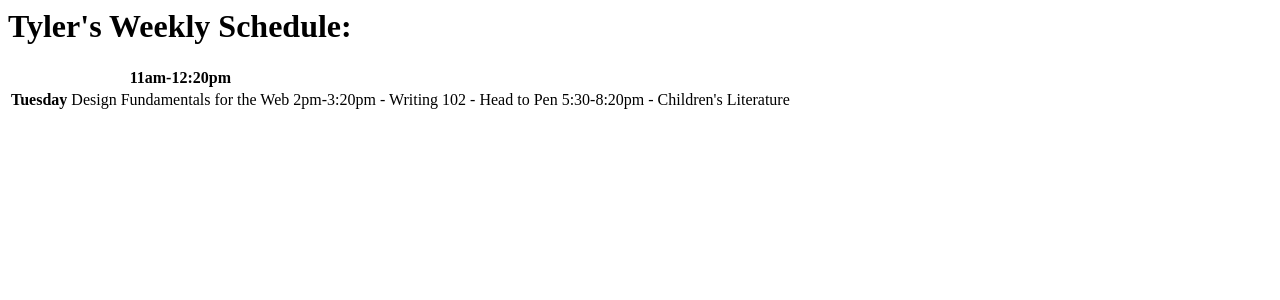
Repository: getzt1/web-design-class
Page: web pages/personal-site/index.html
The author's editor kept a record of every edit. The page is drawn from the files as they stood at one moment, then again after the next edit.
The browser window is 1280 px wide. The pictures show the whole page.

Above is the page before.

After the next edit:
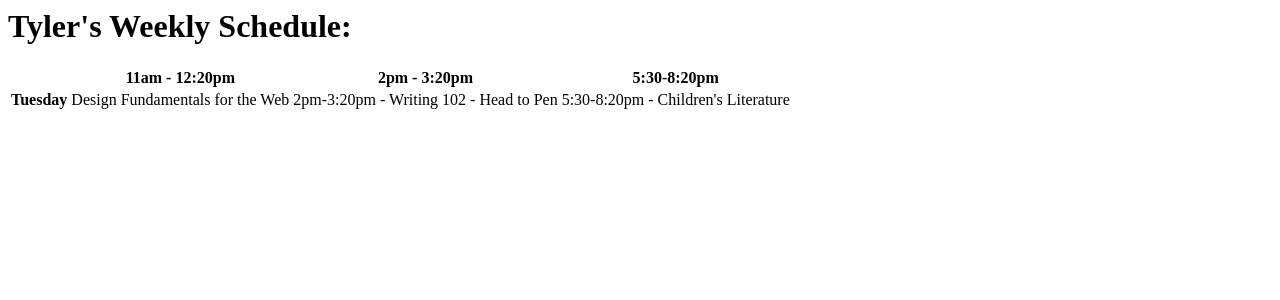
The edit:
--- a/web pages/personal-site/index.html
+++ b/web pages/personal-site/index.html
@@ -8,7 +8,9 @@
      <table>
          <tr>
          <th></th>
-         <th scope="col">11am-12:20pm</th>
+         <th scope="col">11am - 12:20pm</th>
+         <th scope="col">2pm - 3:20pm</th>
+         <th scope="col">5:30-8:20pm</th>
          </tr>
 
          <tr>
